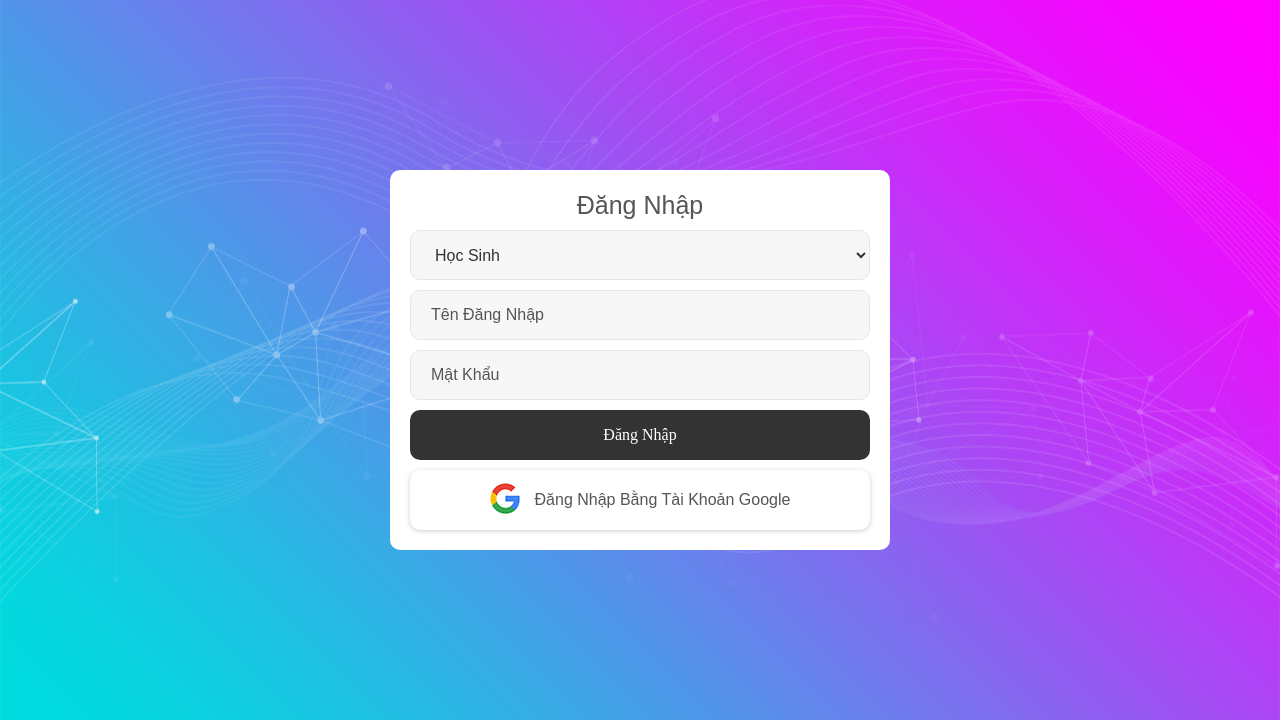
Repository: Villiteam/VueJsView
Page: /#/login
An editor plug-in stored every save of this project. The page is shown before and after the next save, followed by the edit.
The browser window is 1280 px wide. The pictures show the whole page.
The project was rebuilt for these pictures with package versions that can differ from the ones it lists, and the page was loaded fresh each time. Also part of the build but not shown: src/components/HelloWorld.vue, src/views/Home.vue.

Above is the page before, as saved 2020-10-04 08:12:32.

After the next save:
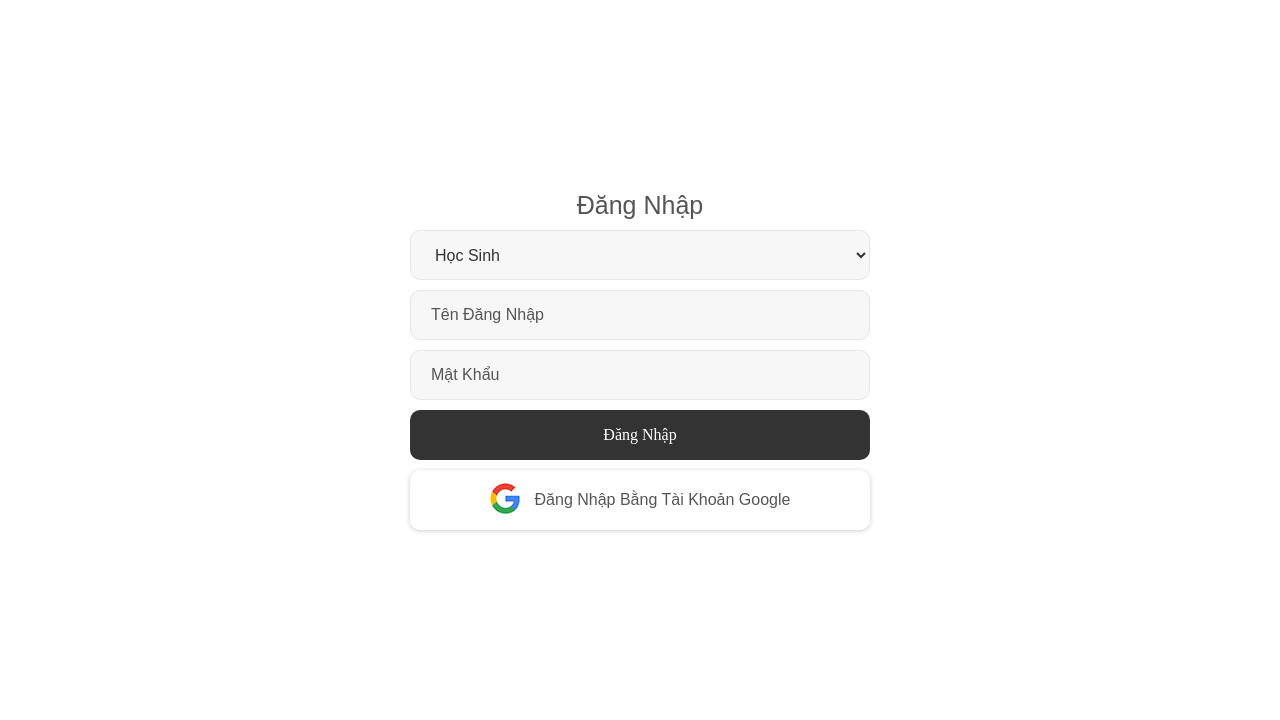
Saved 40 s later.
--- a/src/views/Login.vue
+++ b/src/views/Login.vue
@@ -51,7 +51,6 @@ export default {};
     background-position: center;
     background-size: cover;
     background-repeat: no-repeat;
-    background-image: url("Images/bg-01.jpg");
 }
 .wrapper {
     width: 500px;
